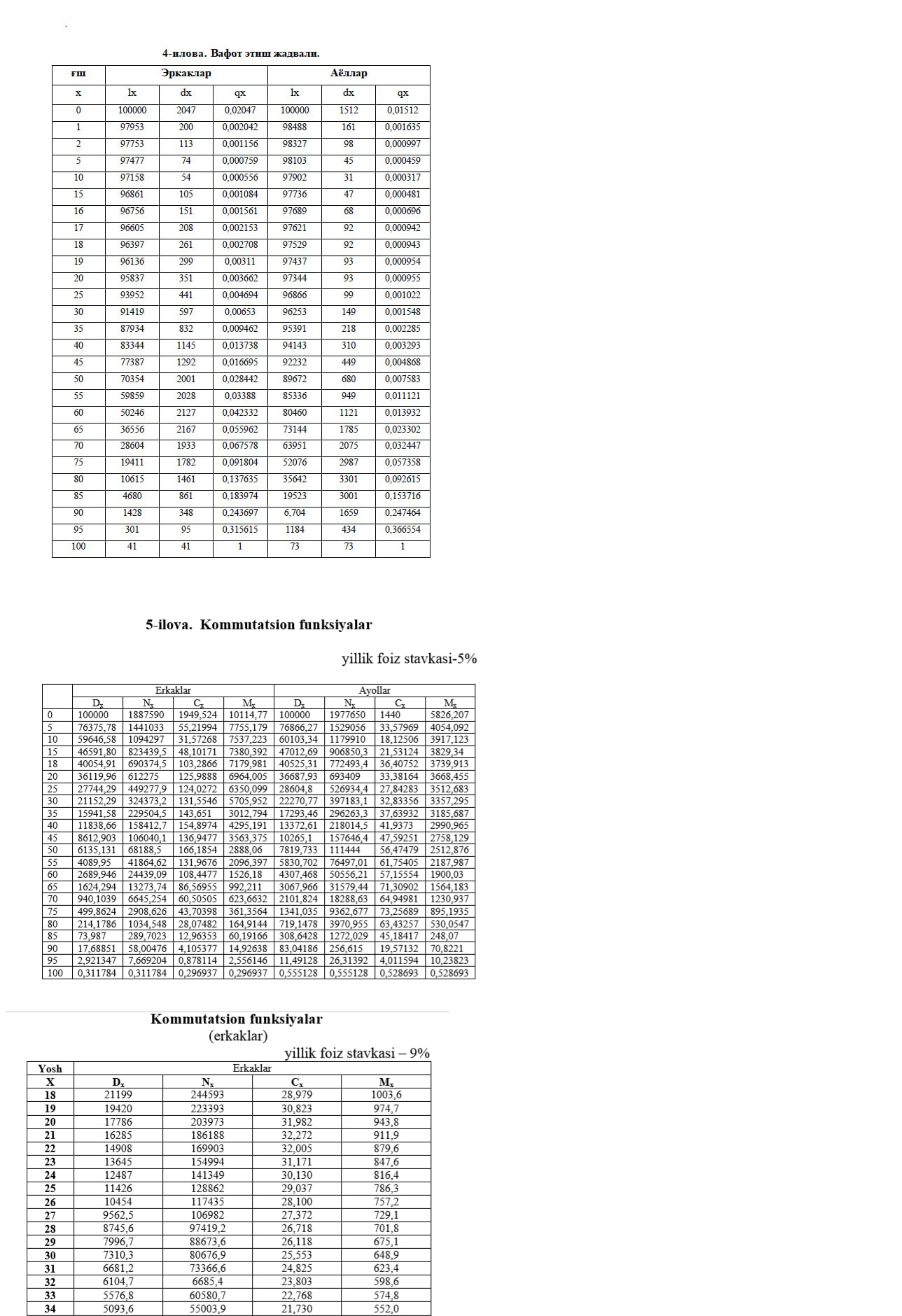
Repository: Ikromkhurozov/exam-inst
Page: index.html
The author's editor kept a copy of each file at every save. The page is drawn from the files as they stood at one save, then again after a run of saves.
The browser window is 1280 px wide. The page is 1288 px wide, then 1280 px, so the pictures cover 1288 px, including what lies to the right of the window. The pictures show the part of the page from y = 0 to 1880 px (the page is 3259 px tall before and 853 px after), at 70% of full size.

Above is the page before, as saved 2023-05-25 12:17:18.

After the next 2 saves:
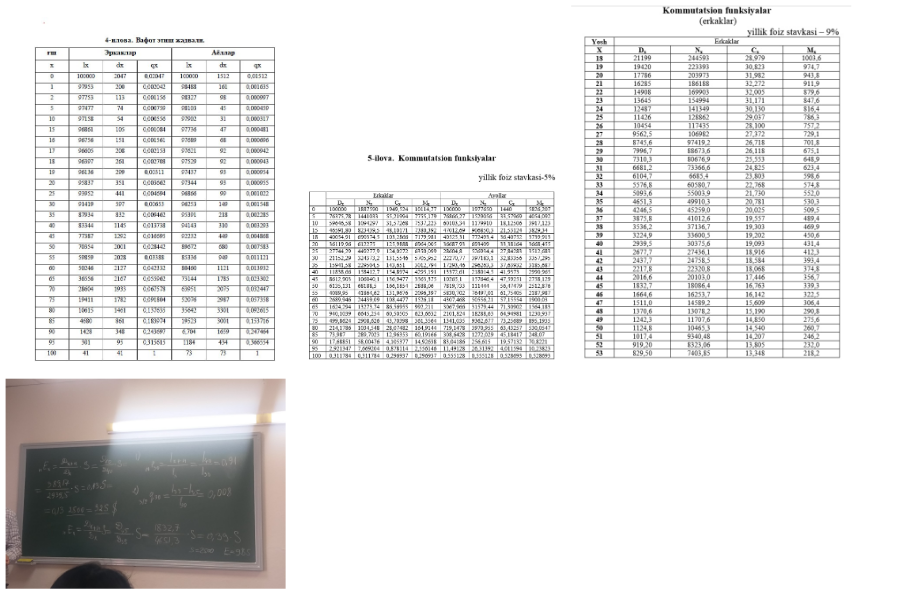
The 2 saves are shown as one change because they came seconds apart.
The last was saved 8 s later.
--- a/index.html
+++ b/index.html
@@ -9,7 +9,8 @@
   <style>
 
     img{
-      width: ;
+      width: 400px;
+      height: auto;
     }
 
 
